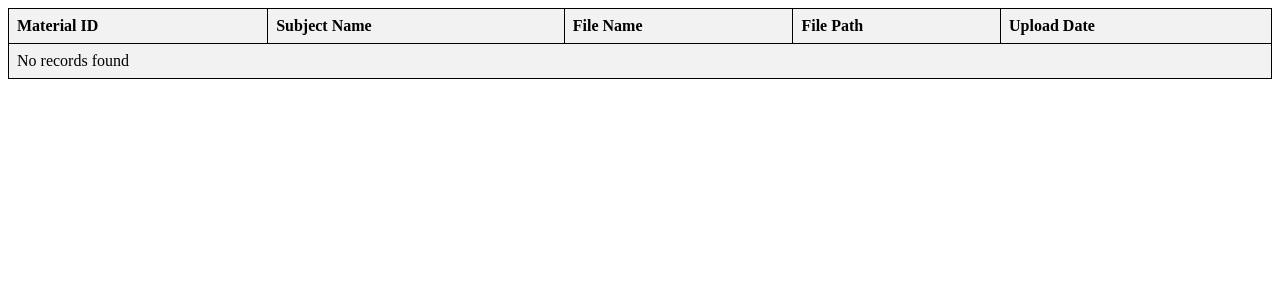
Repository: Acharya-Keerthana/Education
Page: http://localhost/third_sem/COD.php
The author's editor kept a copy of each file at every save. The page is drawn from the files as they stood at one save, then again after the next save.
The browser window is 1280 px wide. The pictures show the whole page.
The page is run by PHP 8.4 with error messages shown; the project is at /var/www/html/. Queries for data that is not in the repository find no rows.

Above is the page before, as saved 2024-04-16 06:01:55.

After the next save:
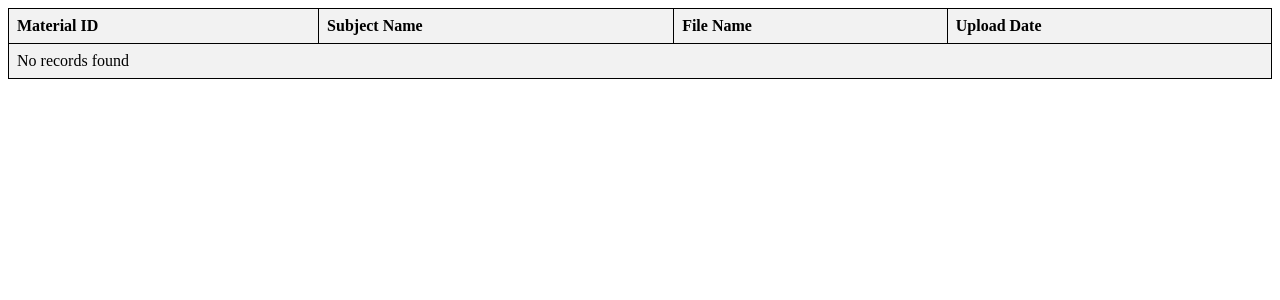
Saved 84 s later.
--- a/third_sem/COD.php
+++ b/third_sem/COD.php
@@ -6,7 +6,7 @@
 <body>
     <div class="table-container">
         <table>
-            <tr><th>Material ID</th><th>Subject Name</th><th>File Name</th><th>File Path</th><th>Upload Date</th></tr>
+            <tr><th>Material ID</th><th>Subject Name</th><th>File Name</th><th>Upload Date</th></tr>
             <?php
             require 'database.php';
 
@@ -19,7 +19,7 @@
             if ($result->num_rows > 0) {
                 // Fetch each row and populate the table
                 while ($row = $result->fetch_assoc()) {
-                    echo "<tr><td>" . $row["material_id"] . "</td><td>" . $row["subject_name"] . "</td><td>" . $row["file_name"] . "</td><td>" . $row["file_path"] . "</td><td>" . $row["upload_date"] . "</td></tr>";
+                    echo "<tr><td>" . $row["material_id"] . "</td><td>" . $row["subject_name"] . "</td><td>" . $row["file_name"] . "</td><td>" . $row["upload_date"] . "</td></tr>";
                 }
             } else {
                 echo "<tr><td colspan='5'>No records found</td></tr>";
